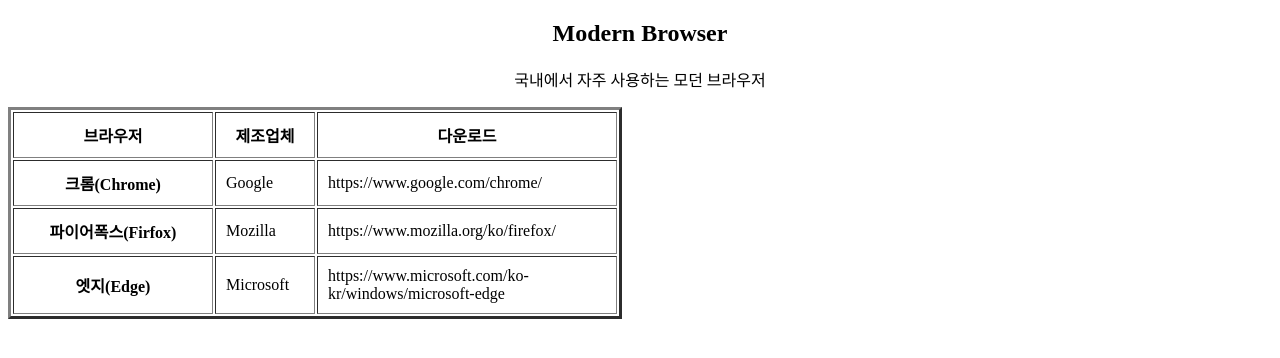
Repository: seulhwangbo/SeulJSP
Page: jspSrc17/webStandard01/src/main/webapp/02/table03.html
The author's editor kept a copy of each file at every save. The page is drawn from the files as they stood at one save, then again after the next save.
The browser window is 1280 px wide. The pictures show the whole page.

Above is the page before, as saved 2024-06-13 06:24:43.

After the next save:
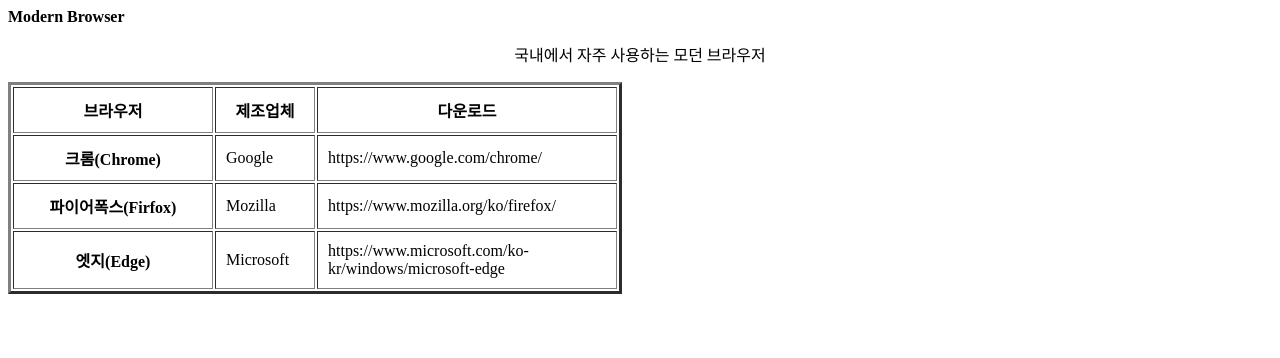
Saved 88 s later.
--- a/jspSrc17/webStandard01/src/main/webapp/02/table03.html
+++ b/jspSrc17/webStandard01/src/main/webapp/02/table03.html
@@ -13,8 +13,10 @@
 <title>Insert title here</title>
 </head>
 <body>
-	<h2>Modern Browser</h2>
+<caption>
+	<strong>Modern Browser</strong>
 	<p>국내에서 자주 사용하는 모던 브라우저</p>
+	</caption>
 	<table border = "3">
 		<colgroup>
 			<col style="width: 200px;">

After the 3 saves that followed:
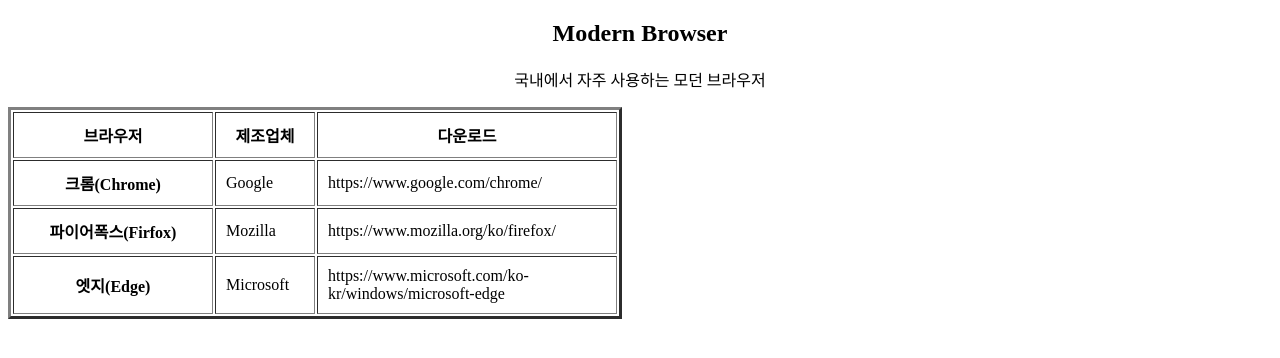
The 3 saves are shown as one change because 1 left the picture as it was and some came seconds apart.
The last was saved 53 s later.
--- a/jspSrc17/webStandard01/src/main/webapp/02/table03.html
+++ b/jspSrc17/webStandard01/src/main/webapp/02/table03.html
@@ -6,6 +6,7 @@
 td, th {
 	padding: 10px;
 }
+
 h2, p {
 	text-align: center;
 }
@@ -13,11 +14,13 @@
 <title>Insert title here</title>
 </head>
 <body>
-<caption>
-	<strong>Modern Browser</strong>
-	<p>국내에서 자주 사용하는 모던 브라우저</p>
+	<caption>
+		<h2>
+			<strong>Modern Browser</strong>
+		</h2>
+		<p>국내에서 자주 사용하는 모던 브라우저</p>
 	</caption>
-	<table border = "3">
+	<table border="3">
 		<colgroup>
 			<col style="width: 200px;">
 			<col style="width: 100px;">
